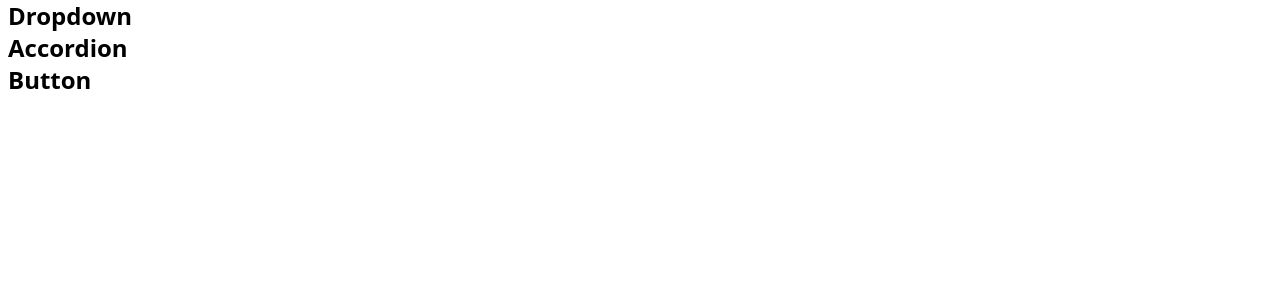
Repository: Marhamat92/reactroutefromstephen
Page: /
These files come from the project's save history. The page is drawn as it stood at one moment and after the next save; the edit follows.
The browser window is 1280 px wide. The pictures show the whole page.
The project was rebuilt for these pictures with package versions that can differ from the ones it lists, and the page was loaded fresh each time. Also part of the build but not shown: src/App.css, src/components/Dropdowns/DropDown.tsx, src/pages/dropdown/DropdownPage.tsx, src/components/Accordion/Accordion.tsx, src/pages/accordion/AccordionPage.tsx, src/components/Buttons/Button.tsx, src/pages/buttons/ButtonPage.tsx.

Above is the page before, as saved 2022-12-24 17:35:06.

### src/index.tsx
import React from "react";
import ReactDOM from "react-dom/client";
import "./index.css";
import App from "./App";
import { NavigationProvider } from "./context/NavigationContext";

const root = ReactDOM.createRoot(
  document.getElementById("root") as HTMLElement
);
root.render(
  <React.StrictMode>
    <NavigationProvider>
      <App />
    </NavigationProvider>
  </React.StrictMode>
);

### src/App.tsx
import React from "react";
import "./App.css";
import Route from "./Routes/Route";
import DropdownPage from "./pages/dropdown/DropdownPage";
import Accordion from "./components/Accordion/Accordion";
import AccordionPage from "./pages/accordion/AccordionPage";
import ButtonPage from "./pages/buttons/ButtonPage";
import Sidebar from "./components/Sidebar/Sidebar";

function App() {
  return (
    <div className='grid grid-cols-6'>
      <div className='col-span-1 pl-2'>
        <Sidebar />
      </div>
      <div className='col-span-5'>
        <Route path='/dropdown'>
          <DropdownPage />
        </Route>
        <Route path='/accordion'>
          <AccordionPage />
        </Route>
        <Route path='/button'>
          <ButtonPage />
        </Route>
      </div>
    </div>
  );
}

export default App;

### src/context/NavigationContext.js
import { createContext, useEffect, useState } from "react";

//we create a context to pass the current
const NavigationContext = createContext();



function NavigationProvider({ children }) {

  const [currentPath, setCurrentPath] = useState(window.location.pathname); //initial value of currentPath


  //we create below function to update the currentPath when the user clicks on the back button, forward button or when the user types a new url in the browser
  //we use useEffect to add an event listener to the window object, and we return a function to remove the event listener
  //this is to prevent page from reloading when the user clicks on the back button or forward button
  useEffect(() => {
    const handler = () => {
      setCurrentPath(window.location.pathname)
    }
    window.addEventListener('popstate', handler)
    return () => window.removeEventListener('popstate', handler)
  }, [])



  //we create below function to update the currentPath when the user clicks on a link
  const navigate = (path) => {
    window.history.pushState({}, "", path)
    setCurrentPath(path)
  }

  //we create a context provider to pass the currentPath and navigate function to the children components
  return (
    <NavigationContext.Provider value={{ currentPath, navigate }}>
      {children}
    </NavigationContext.Provider>
  );
}


export { NavigationProvider };
export default NavigationContext;

### src/Routes/Route.js
import React from 'react'
import NavigationContext from '../context/NavigationContext'


function Route({ path, children }) {
  const { currentPath } = React.useContext(NavigationContext)

  if (currentPath === path) {
    return children
  } else {
    return null
  }
}

export default Route

### src/components/Sidebar/Sidebar.tsx
import React from "react";
import Link from "../Link/Link";

type Props = {};

function Sidebar({}: Props) {
  const links = [
    { to: "/dropdown", label: "Dropdown" },
    { to: "/accordion", label: "Accordion" },
    { to: "/button", label: "Button" },
  ];

  const renderedLinks = links.map((link) => {
    return (
      <Link key={link.label} to={link.to}>
        {link.label}
      </Link>
    );
  });

  return <div>{renderedLinks}</div>;
}

export default Sidebar;

### src/components/Link/Link.tsx
import React from "react";
import { useContext } from "react";
import NavigationContext from "../../context/NavigationContext";
import classNames from "classnames";

type Props = {
  children: React.ReactNode;
  to: string;
};

function Link({ children, to }: Props) {
  const { navigate, currentPath } = useContext(NavigationContext);
  const isActive = currentPath === to;

  const linkClasses = classNames(
    "text-2xl font-bold flex flex-col",
    isActive &&
      "text-green-500 border border-t-0 border-l-2 border-r-2 border-r-0 border-b-0"
  );

  const handleClick = (e: React.MouseEvent<HTMLAnchorElement>) => {
    if (e.metaKey || e.ctrlKey) return;

    e.preventDefault();
    navigate(to);
  };

  return (
    <a className={linkClasses} href={to} onClick={handleClick}>
      {children}
    </a>
  );
}

export default Link;

Loaded but not shown: public/index.html (common file); src/index.css (common file); tailwind.config.js (common file)

After the next save:
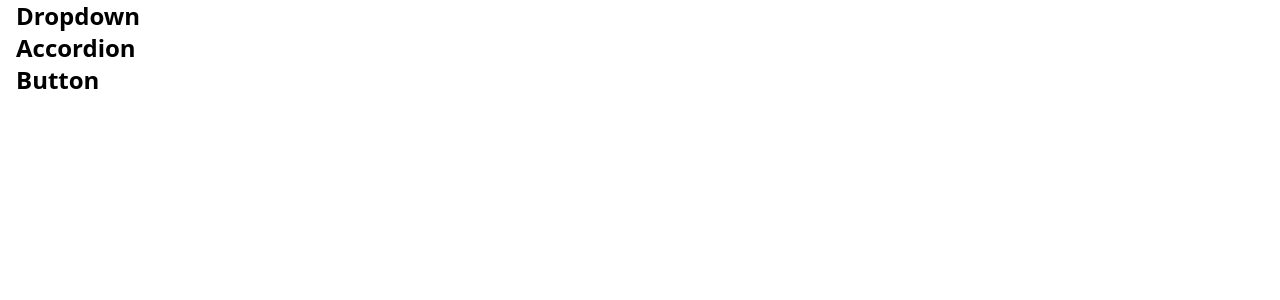
Saved 5 s later.
--- a/src/App.tsx
+++ b/src/App.tsx
@@ -10,7 +10,7 @@ import Sidebar from "./components/Sidebar/Sidebar";
 function App() {
   return (
     <div className='grid grid-cols-6'>
-      <div className='col-span-1 pl-2'>
+      <div className='col-span-1 pl-4'>
         <Sidebar />
       </div>
       <div className='col-span-5'>
